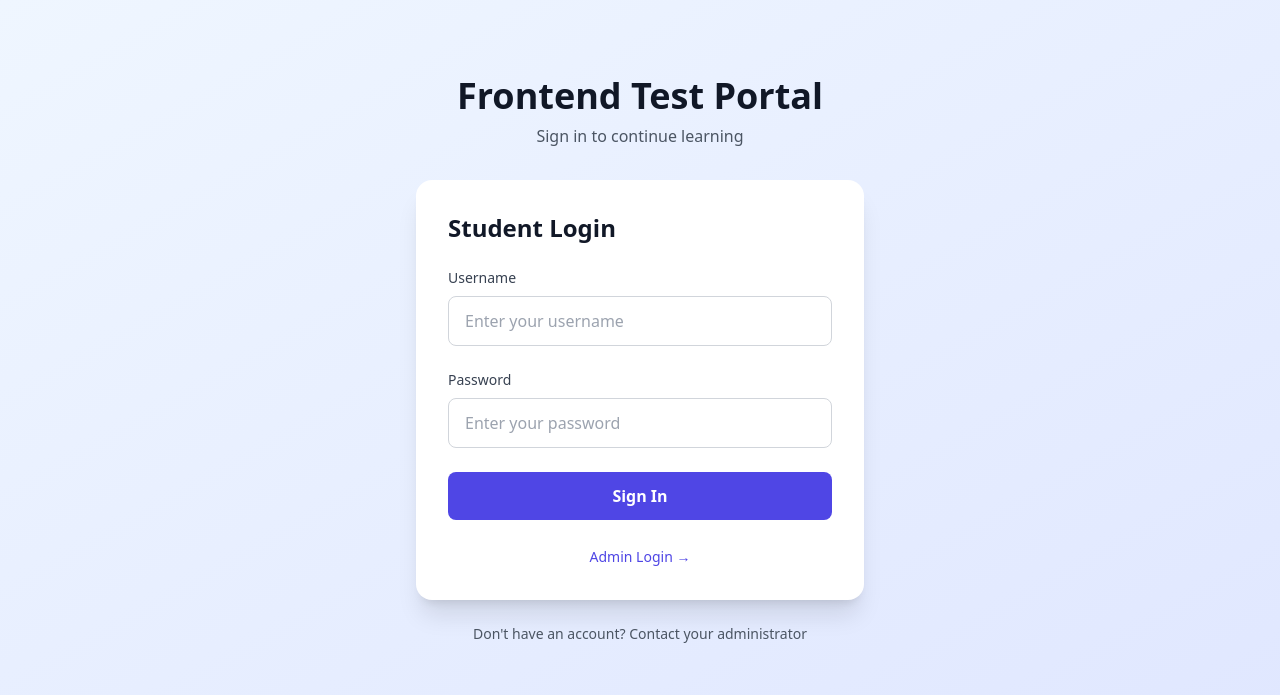
Repository: Gokul-bit165/Frontend-Test-Portal
Page: / (app in frontend-test-portal/frontend/)
An editor plug-in stored every save of this project. The page is shown before and after the next save, followed by the edit.
The browser window is 1280 px wide. The pictures show the whole page.
The project was rebuilt for these pictures with package versions that can differ from the ones it lists, and the page was loaded fresh each time. Also part of the build but not shown: frontend-test-portal/frontend/vite.config.js, frontend-test-portal/frontend/src/services/api.js, frontend-test-portal/frontend/src/pages/CoursesHome.jsx, frontend-test-portal/frontend/src/pages/CourseDetail.jsx, frontend-test-portal/frontend/src/pages/LevelPage.jsx, frontend-test-portal/frontend/src/components/CodeEditor.jsx, frontend-test-portal/frontend/src/components/PreviewFrame.jsx, frontend-test-portal/frontend/src/components/ResultsPanel.jsx and 16 more.

Above is the page before, as saved 2025-11-11 11:58:56.

### frontend-test-portal/frontend/index.html
<!doctype html>
<html lang="en">
  <head>
    <meta charset="UTF-8" />
    <link rel="icon" type="image/svg+xml" href="/vite.svg" />
    <meta name="viewport" content="width=device-width, initial-scale=1.0" />
    <title>Frontend Test Portal</title>
  </head>
  <body>
    <div id="root"></div>
    <script type="module" src="/src/main.jsx"></script>
  </body>
</html>

### frontend-test-portal/frontend/src/App.jsx
import { BrowserRouter as Router, Routes, Route, Navigate } from 'react-router-dom';
import { useState, useEffect } from 'react';
import CoursesHome from './pages/CoursesHome';
import CourseDetail from './pages/CourseDetail';
import LevelPage from './pages/LevelPage';
import LevelChallenge from './pages/LevelChallenge';
import LevelChallengeNew from './pages/LevelChallengeNew';
import LevelChallengeOld from './pages/LevelChallengeOld';
import LevelChallengeTest from './pages/LevelChallengeTest';
import LevelResults from './pages/LevelResults';
import CandidateDashboard from './pages/CandidateDashboard';
import ChallengeView from './pages/ChallengeView';
import AdminLogin from './pages/AdminLogin';
import AdminDashboard from './pages/AdminDashboardNew';
import CourseManager from './pages/CourseManager';
import UserLogin from './pages/UserLogin';
import UserManagement from './pages/UserManagement';
import ProtectedRoute from './components/ProtectedRoute';

function App() {
  const [isAdmin, setIsAdmin] = useState(false);

  useEffect(() => {
    // Check if admin is logged in
    const token = localStorage.getItem('adminToken');
    setIsAdmin(!!token);
  }, []);

  return (
    <Router future={{ v7_startTransition: true, v7_relativeSplatPath: true }}>
      <div className="min-h-screen bg-gray-50">
        <Routes>
          {/* Public Routes - Only Login Pages */}
          <Route path="/login" element={<UserLogin />} />
          <Route
            path="/admin/login"
            element={<AdminLogin onLogin={() => setIsAdmin(true)} />}
          />

          {/* Protected Student Routes - Require Login */}
          <Route path="/" element={<ProtectedRoute><CoursesHome /></ProtectedRoute>} />
          <Route path="/course/:courseId" element={<ProtectedRoute><CourseDetail /></ProtectedRoute>} />
          <Route path="/course/:courseId/level/:level" element={<ProtectedRoute><LevelPage /></ProtectedRoute>} />
          <Route path="/level/:courseId/:level" element={<ProtectedRoute><LevelChallengeOld /></ProtectedRoute>} />
          <Route path="/level-results/:courseId/:level" element={<ProtectedRoute><LevelResults /></ProtectedRoute>} />
          <Route path="/old-challenges" element={<ProtectedRoute><CandidateDashboard /></ProtectedRoute>} />
          <Route path="/challenge/:id" element={<ProtectedRoute><ChallengeView /></ProtectedRoute>} />

          {/* Admin Routes - Require Admin Login */}
          <Route
            path="/admin/dashboard"
            element={isAdmin ? <AdminDashboard /> : <Navigate to="/admin/login" />}
          />
          <Route
            path="/admin/courses"
            element={isAdmin ? <CourseManager /> : <Navigate to="/admin/login" />}
          />
          <Route
            path="/admin/users"
            element={isAdmin ? <UserManagement /> : <Navigate to="/admin/login" />}
          />

          {/* Fallback - Redirect to login */}
          <Route path="*" element={<Navigate to="/login" />} />
        </Routes>
      </div>
    </Router>
  );
}

export default App;

### frontend-test-portal/frontend/src/styles/index.css
@tailwind base;
@tailwind components;
@tailwind utilities;

@layer base {
  body {
    @apply bg-gray-50 text-gray-900;
  }
}

@layer components {
  .btn-primary {
    @apply bg-blue-600 hover:bg-blue-700 text-white font-semibold py-2 px-4 rounded-lg transition-colors duration-200;
  }

  .btn-secondary {
    @apply bg-gray-600 hover:bg-gray-700 text-white font-semibold py-2 px-4 rounded-lg transition-colors duration-200;
  }

  .btn-success {
    @apply bg-green-600 hover:bg-green-700 text-white font-semibold py-2 px-4 rounded-lg transition-colors duration-200;
  }

  .card {
    @apply bg-white rounded-lg shadow-md p-6;
  }

  .input {
    @apply w-full px-4 py-2 border border-gray-300 rounded-lg focus:ring-2 focus:ring-blue-500 focus:border-transparent outline-none;
  }

  .badge {
    @apply inline-block px-3 py-1 text-sm font-semibold rounded-full;
  }

  .badge-easy {
    @apply bg-green-100 text-green-800;
  }

  .badge-medium {
    @apply bg-yellow-100 text-yellow-800;
  }

  .badge-hard {
    @apply bg-red-100 text-red-800;
  }

  .animate-slide-in {
    animation: slideIn 0.3s ease-out;
  }

  @keyframes slideIn {
    from {
      transform: translateX(400px);
      opacity: 0;
    }
    to {
      transform: translateX(0);
      opacity: 1;
    }
  }
}

### frontend-test-portal/frontend/src/pages/UserLogin.jsx
import { useState } from 'react';
import { useNavigate } from 'react-router-dom';
import axios from 'axios';

export default function UserLogin() {
  const navigate = useNavigate();
  const [credentials, setCredentials] = useState({
    username: '',
    password: ''
  });
  const [error, setError] = useState('');
  const [loading, setLoading] = useState(false);

  const handleSubmit = async (e) => {
    e.preventDefault();
    setError('');
    setLoading(true);

    try {
      const response = await axios.post('/api/auth/login', credentials);

      // Store user info
      localStorage.setItem('userId', response.data.user.id);
      localStorage.setItem('username', response.data.user.username);
      localStorage.setItem('userToken', response.data.token);
      localStorage.setItem('userRole', response.data.user.role);

      // Redirect to courses
      navigate('/');
    } catch (err) {
      setError(err.response?.data?.error || 'Login failed. Please try again.');
    } finally {
      setLoading(false);
    }
  };

  return (
    <div className="min-h-screen bg-gradient-to-br from-blue-50 to-indigo-100 flex items-center justify-center p-4">
      <div className="max-w-md w-full">
        {/* Logo/Header */}
        <div className="text-center mb-8">
          <h1 className="text-4xl font-bold text-gray-900 mb-2">
            Frontend Test Portal
          </h1>
          <p className="text-gray-600">Sign in to continue learning</p>
        </div>

        {/* Login Card */}
        <div className="bg-white rounded-2xl shadow-xl p-8">
          <h2 className="text-2xl font-bold text-gray-900 mb-6">Student Login</h2>

          {error && (
            <div className="mb-4 p-4 bg-red-50 border border-red-200 rounded-lg">
              <p className="text-red-800 text-sm">{error}</p>
            </div>
          )}

          <form onSubmit={handleSubmit} className="space-y-6">
            {/* Username */}
            <div>
              <label className="block text-sm font-medium text-gray-700 mb-2">
                Username
              </label>
              <input
                type="text"
                value={credentials.username}
                onChange={(e) => setCredentials({ ...credentials, username: e.target.value })}
                className="w-full px-4 py-3 border border-gray-300 rounded-lg focus:ring-2 focus:ring-indigo-500 focus:border-transparent"
                placeholder="Enter your username"
                required
              />
            </div>

            {/* Password */}
            <div>
              <label className="block text-sm font-medium text-gray-700 mb-2">
                Password
              </label>
              <input
                type="password"
                value={credentials.password}
                onChange={(e) => setCredentials({ ...credentials, password: e.target.value })}
                className="w-full px-4 py-3 border border-gray-300 rounded-lg focus:ring-2 focus:ring-indigo-500 focus:border-transparent"
                placeholder="Enter your password"
                required
              />
            </div>

            {/* Submit Button */}
            <button
              type="submit"
              disabled={loading}
              className="w-full py-3 bg-indigo-600 text-white font-semibold rounded-lg hover:bg-indigo-700 transition-colors disabled:opacity-50 disabled:cursor-not-allowed"
            >
              {loading ? 'Signing in...' : 'Sign In'}
            </button>
          </form>

          {/* Admin Link */}
          <div className="mt-6 text-center">
            <button
              onClick={() => navigate('/admin/login')}
              className="text-sm text-indigo-600 hover:text-indigo-700 font-medium"
            >
              Admin Login →
            </button>
          </div>
        </div>

        {/* Help Text */}
        <div className="mt-6 text-center">
          <p className="text-sm text-gray-600">
            Don't have an account? Contact your administrator
          </p>
        </div>
      </div>
    </div>
  );
}

### frontend-test-portal/frontend/src/components/ProtectedRoute.jsx
import { Navigate } from 'react-router-dom';

// Protected Route Component - Requires user to be logged in
export default function ProtectedRoute({ children }) {
  const userId = localStorage.getItem('userId');
  const userToken = localStorage.getItem('userToken');

  // If no user is logged in, redirect to login page
  if (!userId || !userToken) {
    return <Navigate to="/login" replace />;
  }

  // User is logged in, allow access
  return children;
}

### frontend-test-portal/frontend/tailwind.config.js
/** @type {import('tailwindcss').Config} */
export default {
  content: [
    "./index.html",
    "./src/**/*.{js,ts,jsx,tsx}",
  ],
  theme: {
    extend: {
      colors: {
        primary: {
          50: '#f0f9ff',
          100: '#e0f2fe',
          500: '#0ea5e9',
          600: '#0284c7',
          700: '#0369a1',
        }
      }
    },
  },
  plugins: [],
}

### frontend-test-portal/frontend/src/pages/Login.jsx
import { useState } from 'react';
import { useNavigate } from 'react-router-dom';
import axios from 'axios';

export default function Login({ isAdmin = false, onLogin }) {
  const navigate = useNavigate();
  const [credentials, setCredentials] = useState({
    username: '',
    password: ''
  });
  const [error, setError] = useState('');
  const [loading, setLoading] = useState(false);

  const handleSubmit = async () => {
    setError('');
    setLoading(true);

    try {
      const endpoint = isAdmin
        ? 'http://localhost:5000/api/auth/admin/login'
        : 'http://localhost:5000/api/auth/login';

      const response = await axios.post(endpoint, credentials);

      if (isAdmin) {
        // Store admin info
        localStorage.setItem('adminToken', response.data.token);
        localStorage.setItem('adminUser', JSON.stringify(response.data.user));

        // Call onLogin callback
        if (onLogin) onLogin();

        // Redirect to admin dashboard
        navigate('/admin/dashboard');
      } else {
        // Store user info
        localStorage.setItem('userId', response.data.user.id);
        localStorage.setItem('username', response.data.user.username);
        localStorage.setItem('userToken', response.data.token);
        localStorage.setItem('userRole', response.data.user.role);

        // Redirect to courses
        navigate('/');
      }
    } catch (err) {
      setError(err.response?.data?.error || 'Login failed. Please try again.');
    } finally {
      setLoading(false);
    }
  };

  const handleKeyPress = (e) => {
    if (e.key === 'Enter') {
      handleSubmit();
    }
  };

  return (
    <div className={`min-h-screen flex items-center justify-center p-4 ${
      isAdmin
        ? 'bg-gradient-to-br from-gray-900 to-gray-800'
        : 'bg-gradient-to-br from-blue-50 to-indigo-100'
    }`}>
      <div className="max-w-md w-full">
        {/* Logo/Header */}
        <div className="text-center mb-8">
          <h1 className={`text-4xl font-bold mb-2 ${
            isAdmin ? 'text-white' : 'text-gray-900'
          }`}>
            {isAdmin ? 'Admin Portal' : 'Frontend Test Portal'}
          </h1>
          <p className={isAdmin ? 'text-gray-400' : 'text-gray-600'}>
            {isAdmin ? 'Frontend Test Platform Management' : 'Sign in to continue learning'}
          </p>
        </div>

        {/* Login Card */}
        <div className="bg-white rounded-2xl shadow-xl p-8">
          <h2 className="text-2xl font-bold text-gray-900 mb-6">
            {isAdmin ? 'Admin Login' : 'Student Login'}
          </h2>

          {error && (
            <div className="mb-4 p-4 bg-red-50 border border-red-200 rounded-lg">
              <p className="text-red-800 text-sm">{error}</p>
            </div>
          )}

          <div className="space-y-6">
            {/* Username */}
            <div>
              <label className="block text-sm font-medium text-gray-700 mb-2">
                Username
              </label>
              <input
                type="text"
                value={credentials.username}
                onChange={(e) => setCredentials({ ...credentials, username: e.target.value })}
                onKeyPress={handleKeyPress}
                className={`w-full px-4 py-3 border border-gray-300 rounded-lg focus:ring-2 focus:border-transparent transition-all ${
                  isAdmin ? 'focus:ring-gray-500' : 'focus:ring-indigo-500'
                }`}
                placeholder={isAdmin ? 'Enter admin username' : 'Enter your username'}
              />
            </div>

            {/* Password */}
            <div>
              <label className="block text-sm font-medium text-gray-700 mb-2">
                Password
              </label>
              <input
                type="password"
                value={credentials.password}
                onChange={(e) => setCredentials({ ...credentials, password: e.target.value })}
                onKeyPress={handleKeyPress}
                className={`w-full px-4 py-3 border border-gray-300 rounded-lg focus:ring-2 focus:border-transparent transition-all ${
                  isAdmin ? 'focus:ring-gray-500' : 'focus:ring-indigo-500'
                }`}
                placeholder={isAdmin ? 'Enter admin password' : 'Enter your password'}
              />
            </div>

            {/* Submit Button */}
            <button
              onClick={handleSubmit}
              disabled={loading}
              className={`w-full py-3 text-white font-semibold rounded-lg transition-colors disabled:opacity-50 disabled:cursor-not-allowed ${
                isAdmin
                  ? 'bg-gray-900 hover:bg-gray-800'
                  : 'bg-indigo-600 hover:bg-indigo-700'
              }`}
            >
              {loading ? 'Signing in...' : 'Sign In'}
            </button>
          </div>

          {/* Demo Credentials (Admin Only) */}
          {isAdmin && (
            <div className="mt-6 pt-6 border-t border-gray-200">
              <p className="text-sm text-gray-600 text-center">
                Demo Credentials:<br />
                <span className="font-mono bg-gray-100 px-2 py-1 rounded text-xs">admin / admin123</span>
              </p>
            </div>
          )}

          {/* Navigation Link */}
          <div className={`text-center ${isAdmin ? 'mt-4' : 'mt-6 pt-6 border-t border-gray-200'}`}>
            <button
              onClick={() => navigate(isAdmin ? '/login' : '/admin/login')}
              className={`text-sm font-medium transition-colors ${
                isAdmin
                  ? 'text-gray-600 hover:text-gray-900'
                  : 'text-indigo-600 hover:text-indigo-700'
              }`}
            >
              {isAdmin ? '← Back to Student Login' : 'Admin Login →'}
            </button>
          </div>
        </div>

        {/* Help Text (Student Only) */}
        {!isAdmin && (
          <div className="mt-6 text-center">
            <p className="text-sm text-gray-600">
              Don't have an account? Contact your administrator
            </p>
          </div>
        )}
      </div>
    </div>
  );
}

Loaded but not shown: frontend-test-portal/frontend/src/main.jsx (common file)

After the next save:
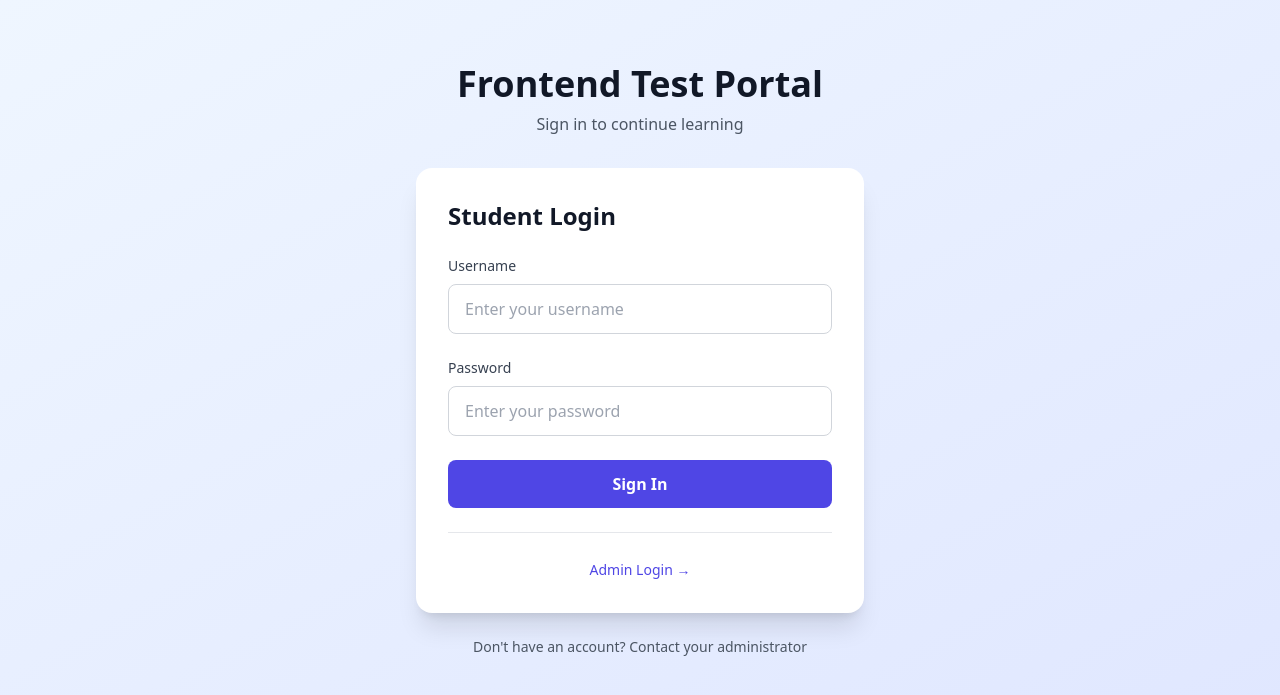
Saved 60 s later.
--- a/frontend-test-portal/frontend/src/App.jsx
+++ b/frontend-test-portal/frontend/src/App.jsx
@@ -16,6 +16,7 @@ import CourseManager from './pages/CourseManager';
 import UserLogin from './pages/UserLogin';
 import UserManagement from './pages/UserManagement';
 import ProtectedRoute from './components/ProtectedRoute';
+import Login from './pages/Login';
 
 function App() {
   const [isAdmin, setIsAdmin] = useState(false);
@@ -31,7 +32,7 @@ function App() {
       <div className="min-h-screen bg-gray-50">
         <Routes>
           {/* Public Routes - Only Login Pages */}
-          <Route path="/login" element={<UserLogin />} />
+          <Route path="/login" element={<Login />} />
           <Route
             path="/admin/login"
             element={<AdminLogin onLogin={() => setIsAdmin(true)} />}
